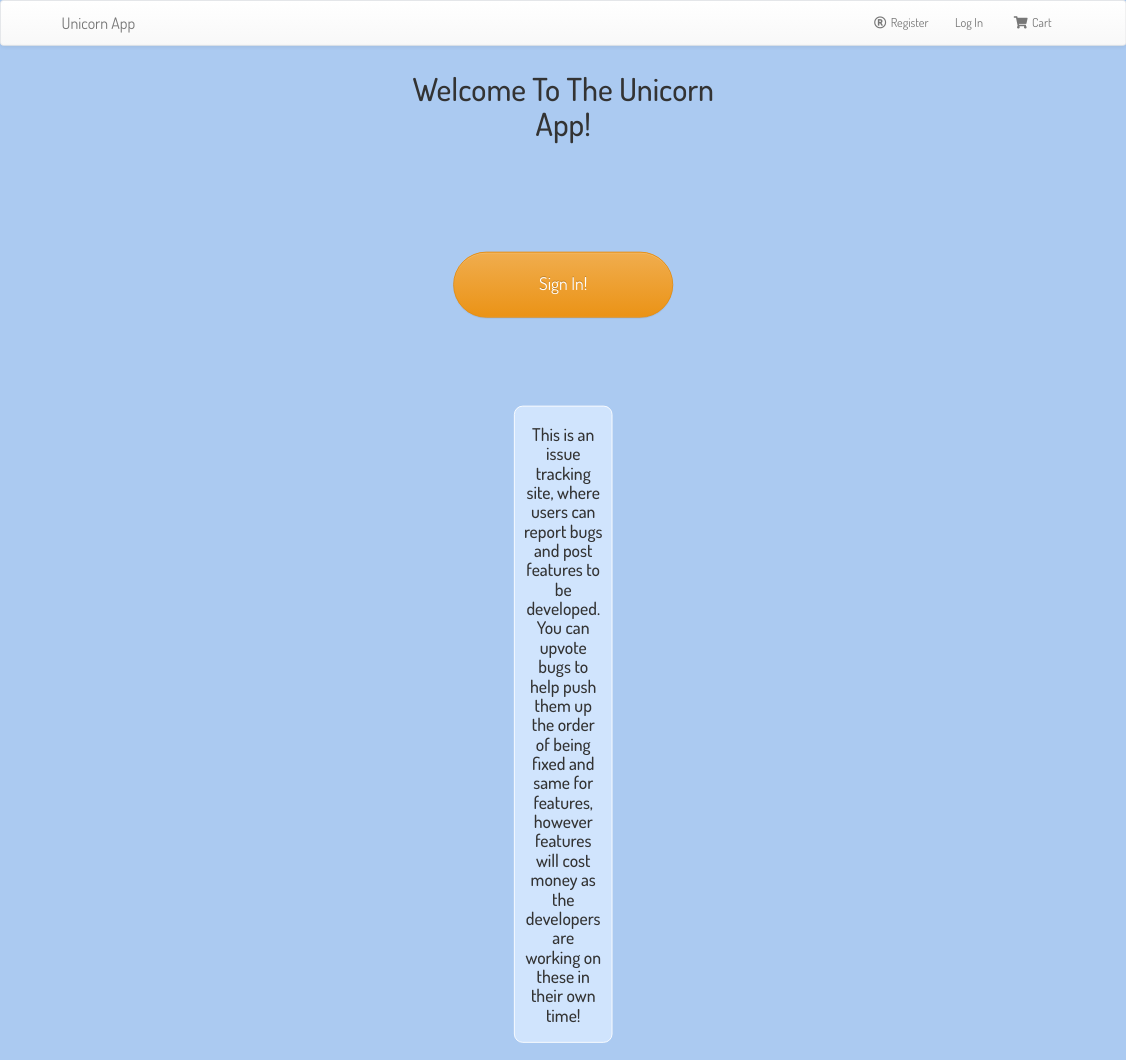
Repository: twdstudent/Project-5-Unicorn
Page: home/templates/index.html
The author's editor kept a record of every edit. The page is drawn from the files as they stood at one moment, then again after the next edit.
The browser window is 1280 px wide. The pictures show the whole page, at 88% of full size.
Some web fonts or font styles are not loaded; a fallback is used. Some web libraries are served in a nearby version. The template is drawn by Django 2.2. The application's start-up code is not run. The template is opened directly, without the code that normally fills it, so the values that code supplies are empty.

Above is the page before.

After the next edit:
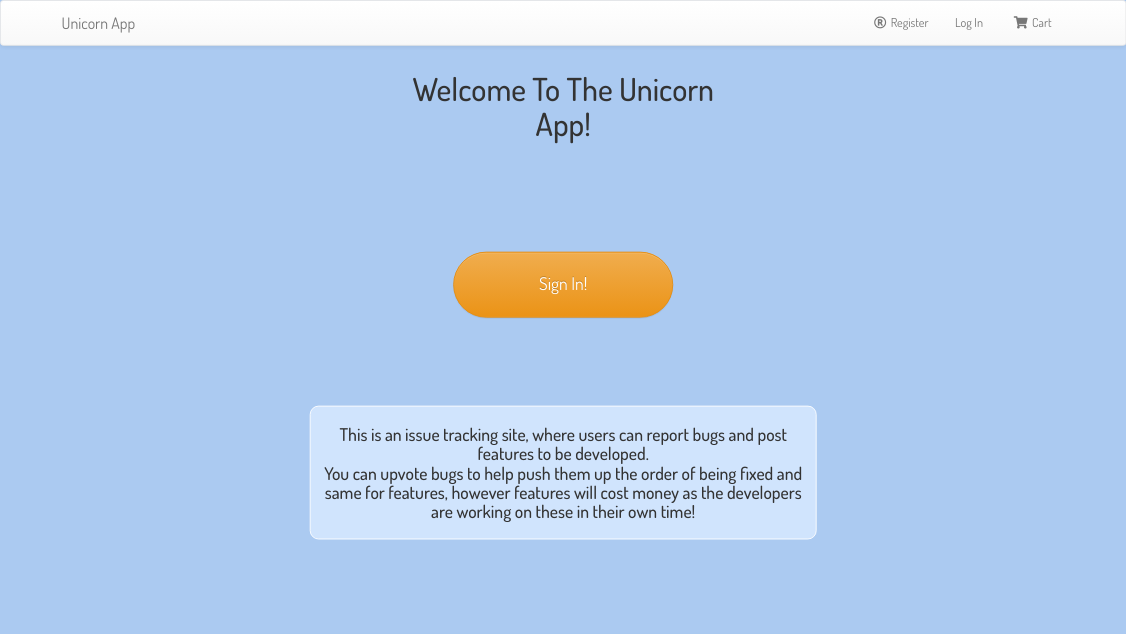
The edit:
--- a/accounts/templates/index.html
+++ b/accounts/templates/index.html
@@ -12,6 +12,7 @@
     <div <div class="button-main-page">
         {% if user.is_authenticated %}
         <a href="{% url 'logout' %}" class="btn-mod btn btn-danger">Sign Out</a>
+        {%  else %}
     </div>
 </div>
 
